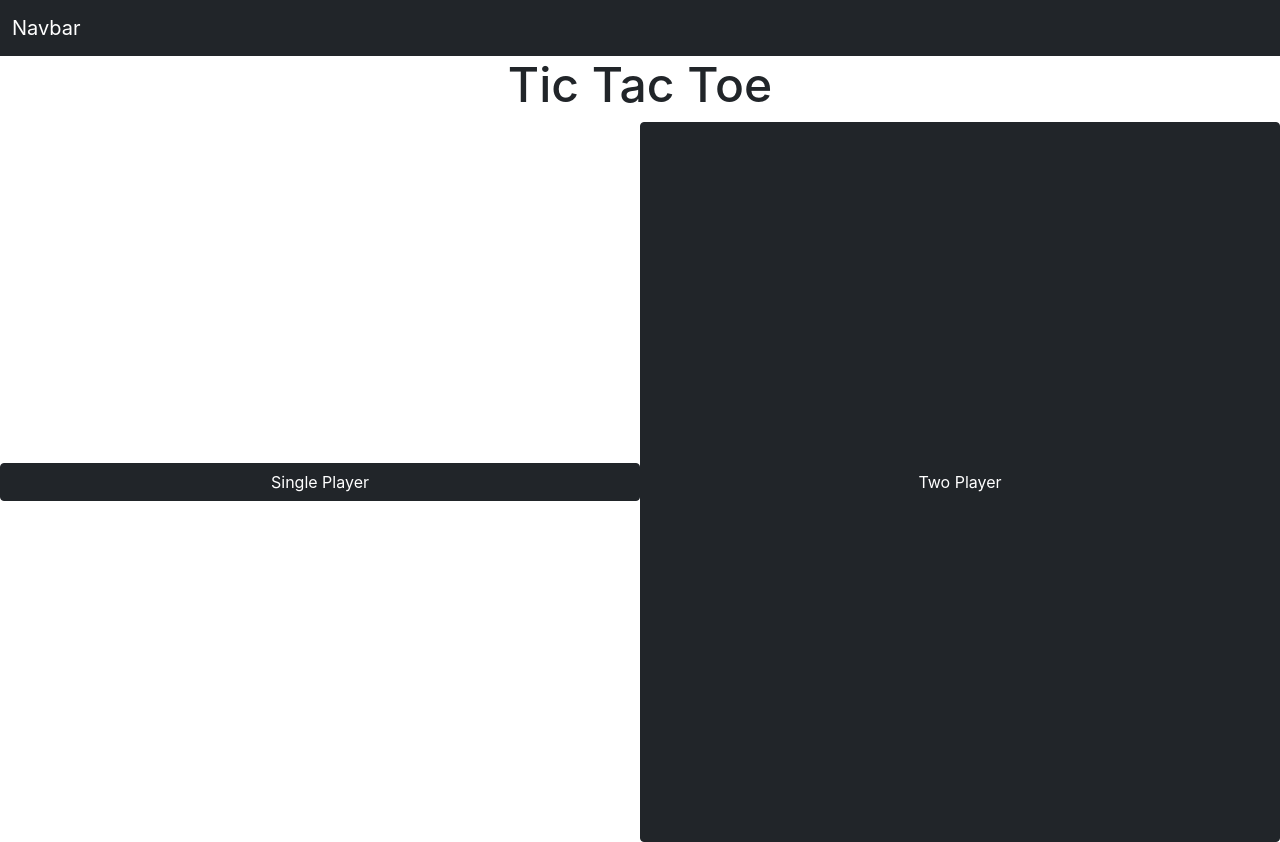
Repository: napan24/tic-tac-toe
Page: /
These files come from the project's save history. The page is drawn as it stood at one moment and after the next save; the edit follows.
The browser window is 1280 px wide. The pictures show the whole page.
The project was rebuilt for these pictures with package versions that can differ from the ones it lists, and the page was loaded fresh each time. Also part of the build but not shown: src/App.css, src/tik.css, src/App.js, src/Vscomp.js.

Above is the page before, as saved 2022-06-16 18:01:48.

### public/index.html
<!DOCTYPE html>
<html lang="en">
  <head>
    <meta charset="utf-8" />
    <link rel="icon" href="%PUBLIC_URL%/favicon.ico" />
    <meta name="viewport" content="width=device-width, initial-scale=1" />
    <meta name="theme-color" content="#000000" />
    <meta
      name="description"
      content="Web site created using create-react-app"
    />
    <link rel="apple-touch-icon" href="%PUBLIC_URL%/logo192.png" />
    <!--
      manifest.json provides metadata used when your web app is installed on a
      user's mobile device or desktop. See https://developers.google.com/web/fundamentals/web-app-manifest/
    -->
    <link rel="manifest" href="%PUBLIC_URL%/manifest.json" />
    <!--
      Notice the use of %PUBLIC_URL% in the tags above.
      It will be replaced with the URL of the `public` folder during the build.
      Only files inside the `public` folder can be referenced from the HTML.

      Unlike "/favicon.ico" or "favicon.ico", "%PUBLIC_URL%/favicon.ico" will
      work correctly both with client-side routing and a non-root public URL.
      Learn how to configure a non-root public URL by running `npm run build`.
    -->
    <link href="https://cdn.jsdelivr.net/npm/bootstrap@5.1.3/dist/css/bootstrap.min.css" rel="stylesheet" integrity="sha384-1BmE4kWBq78iYhFldvKuhfTAU6auU8tT94WrHftjDbrCEXSU1oBoqyl2QvZ6jIW3" crossorigin="anonymous">
    <script src="https://cdn.jsdelivr.net/npm/bootstrap@5.1.3/dist/js/bootstrap.bundle.min.js" integrity="sha384-ka7Sk0Gln4gmtz2MlQnikT1wXgYsOg+OMhuP+IlRH9sENBO0LRn5q+8nbTov4+1p" crossorigin="anonymous"></script>
    <title>React App</title>
  </head>
  <body>
    <noscript>You need to enable JavaScript to run this app.</noscript>
    <div id="root"></div>
    <!--
      This HTML file is a template.
      If you open it directly in the browser, you will see an empty page.

      You can add webfonts, meta tags, or analytics to this file.
      The build step will place the bundled scripts into the <body> tag.

      To begin the development, run `npm start` or `yarn start`.
      To create a production bundle, use `npm run build` or `yarn build`.
    -->
  </body>
</html>

### src/index.js
import React from 'react';
import ReactDOM from 'react-dom/client';
import './index.css';
import App from './App';
import Home from './Home';
import Vscomp from './Vscomp';
import reportWebVitals from './reportWebVitals';

const root = ReactDOM.createRoot(document.getElementById('root'));
root.render(
  <React.StrictMode>
    <Home />
  </React.StrictMode>
);

// If you want to start measuring performance in your app, pass a function
// to log results (for example: reportWebVitals(console.log))
// or send to an analytics endpoint. Learn more: https://bit.ly/CRA-vitals
reportWebVitals();

### src/Home.js
import React from 'react';

export default function () {
  return (
    <>
        <nav class="navbar navbar-light bg-dark">
        <div class="container-fluid">
          <a class="navbar-brand" style={{color:"white"}}>Navbar</a>
        </div>
      </nav>
        <h5 style={{textAlign:"center",fontSize:"3rem"}}>
            Tic Tac Toe
        </h5>
        <button type="button" class="btn btn-dark" style={{width:"50vw"}}>
            Single Player
        </button>
        <button type="button" class="btn btn-dark" style={{width:"50vw",height:"100vh"}}>
            Two Player
        </button>
    </>

  )
}

Loaded but not shown: src/index.css (common file); src/reportWebVitals.js (common file)

After the next save:
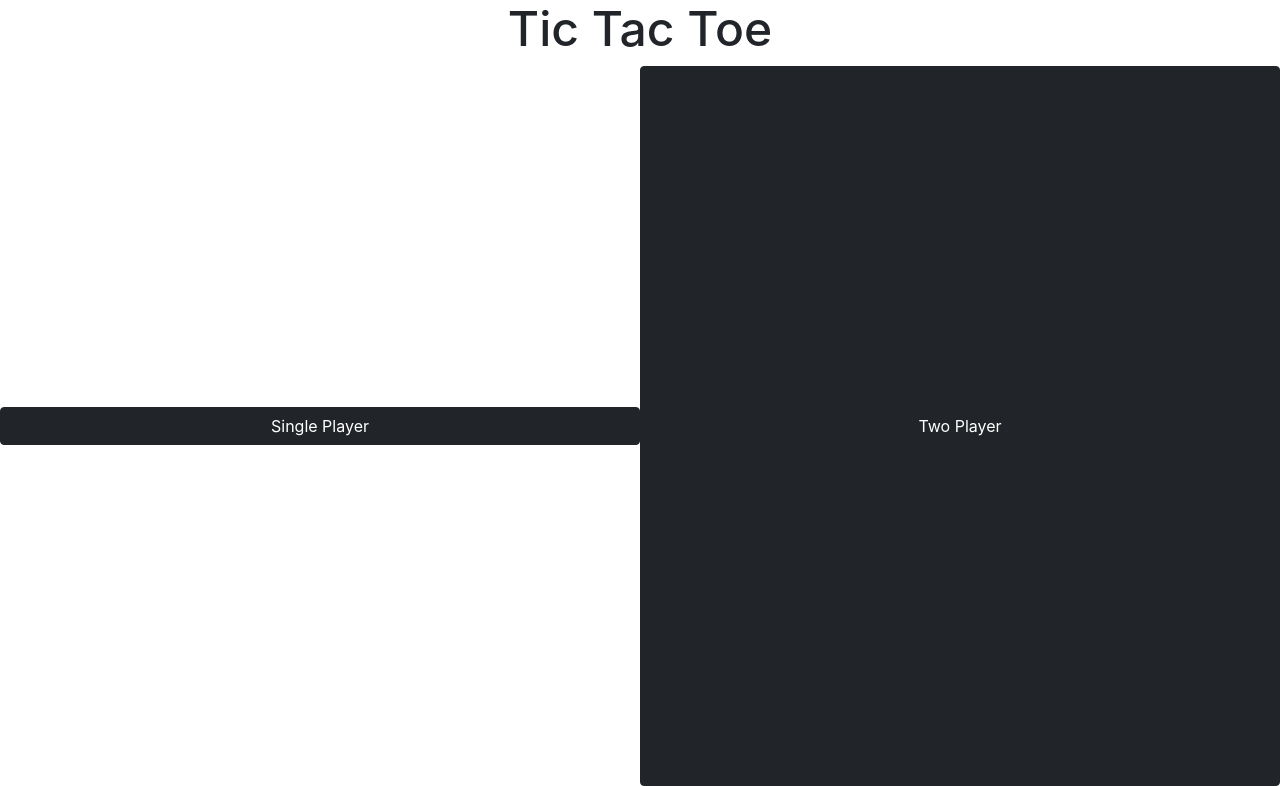
Saved 15 s later.
--- a/src/Home.js
+++ b/src/Home.js
@@ -3,11 +3,6 @@ import React from 'react';
 export default function () {
   return (
     <>
-        <nav class="navbar navbar-light bg-dark">
-        <div class="container-fluid">
-          <a class="navbar-brand" style={{color:"white"}}>Navbar</a>
-        </div>
-      </nav>
         <h5 style={{textAlign:"center",fontSize:"3rem"}}>
             Tic Tac Toe
         </h5>
